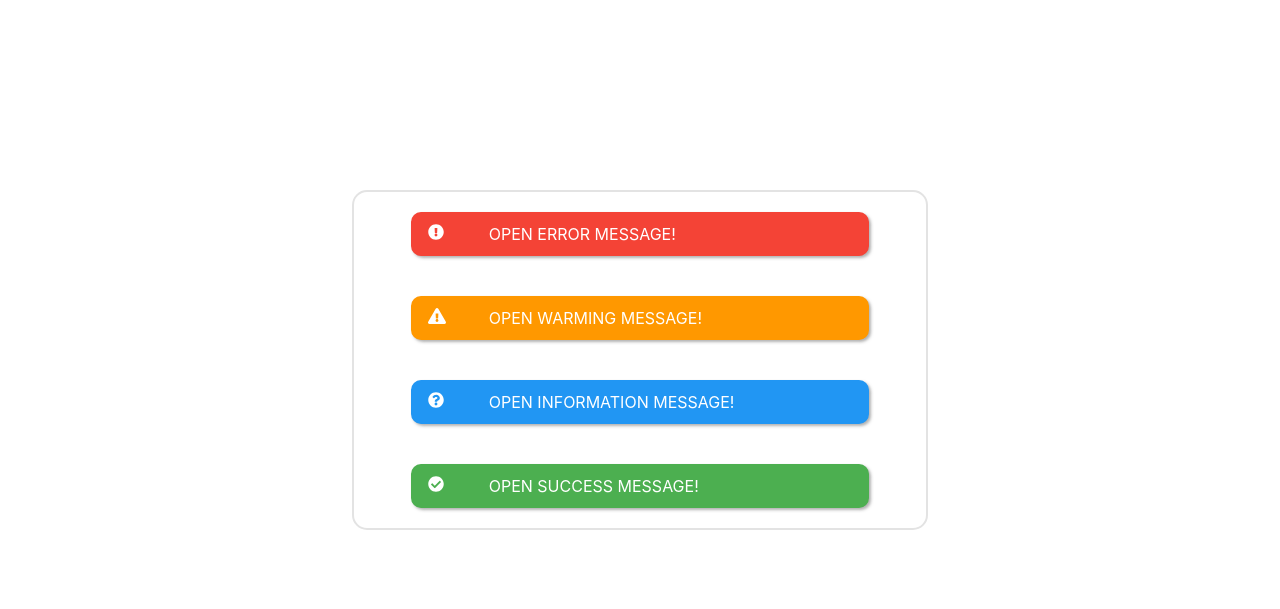
Repository: KrzysKolo/sr_tydzien5_zad2
Page: /
The author's editor kept a copy of each file at every save. The page is drawn from the files as they stood at one save, then again after the next save.
The browser window is 1280 px wide. The pictures show the whole page.
The project was rebuilt for these pictures with package versions that can differ from the ones it lists, and the page was loaded fresh each time.

Above is the page before, as saved 2020-12-27 18:43:49.

### public/index.html
<!DOCTYPE html>
<html lang="en">
  <head>
    <meta charset="utf-8" />
    <link rel="icon" href="%PUBLIC_URL%/favicon.ico" />
    <meta name="viewport" content="width=device-width, initial-scale=1" />
    <meta name="theme-color" content="#000000" />
    <meta
      name="description"
      content="Web site created using create-react-app"
    />
    <link rel="apple-touch-icon" href="%PUBLIC_URL%/logo192.png" />
    <!--
      manifest.json provides metadata used when your web app is installed on a
      user's mobile device or desktop. See https://developers.google.com/web/fundamentals/web-app-manifest/
    -->
    <link rel="manifest" href="%PUBLIC_URL%/manifest.json" />
    <!--
      Notice the use of %PUBLIC_URL% in the tags above.
      It will be replaced with the URL of the `public` folder during the build.
      Only files inside the `public` folder can be referenced from the HTML.

      Unlike "/favicon.ico" or "favicon.ico", "%PUBLIC_URL%/favicon.ico" will
      work correctly both with client-side routing and a non-root public URL.
      Learn how to configure a non-root public URL by running `npm run build`.
    -->
    <title>Zad 2 - snackbar</title>
  </head>
  <body>
    <noscript>You need to enable JavaScript to run this app.</noscript>
    <div id="root"></div>
    <!--
      This HTML file is a template.
      If you open it directly in the browser, you will see an empty page.

      You can add webfonts, meta tags, or analytics to this file.
      The build step will place the bundled scripts into the <body> tag.

      To begin the development, run `npm start` or `yarn start`.
      To create a production bundle, use `npm run build` or `yarn build`.
    -->
  </body>
</html>

### src/App.js
import React from 'react';
import Buttons from './components/Buttons';
import './App.css';
const App = () => {
  return (
    <div className="wrapper--btn">
      <Buttons />
    </div>
  )
}

export default App;

### src/components/Buttons.js
import React from 'react';
import ButtonsData from './../data/ButtonsData';
import Button from './Button';

const Buttons = () => {
    return (
        <>
            {ButtonsData.map(button =>
                <Button key={button.id} data={button} />
            )}
        </>
    )
}

export default Buttons;

### src/App.css
* {
  box-sizing: border-box;
  margin: 0;
  position: relative;
}
body {
  width: 100vw;
  height: 100vh;
  display: flex;
  flex-direction: row;
  justify-content: center;
  align-items: center;
}
.wrapper--btn {
  border: 2px solid #e3e3e3;
  border-radius: 15px;
  width: 45vw;
  display: flex;
  flex-direction: column;
  justify-content: center;
  align-items: center;
}
.btn {
  border-radius: 10px;
  color: rgb(240, 239, 244);
  cursor: pointer;
  outline: none;
  padding: 10px 15px;
  margin: 20px;
  width: 80%;
  display: grid;
  grid-template-columns: 0.5fr 3fr;
  box-shadow: 2px 2px 3px rgba(102, 102, 102, 0.5);
  transition: all 0.3s ease-in-out;
}

### src/data/ButtonsData.js
const ButtonsData = [
    {
      id: 0,
      name: "OPEN ERROR MESSAGE!",
      event: "handleClickError",
      color: "rgb(244, 67, 54)",
      icon: "faExclamationCircle",
      info: "This is an error message!",
    },
    {
      id: 1,
      name: "OPEN WARMING MESSAGE!",
      event: "handleClickWarming",
      color: "rgb(255, 152, 0)",
      icon: "faExclamationTriangle",
      info: "This is a warning message!",
    },
    {
      id: 2,
      name: "OPEN INFORMATION MESSAGE!",
      event: "handleClickInformation",
      color: "rgb(33, 150, 243)",
      icon: "faQuestionCircle",
      info: "This is an information message!",
    },
    {
      id: 3,
      name: "OPEN SUCCESS MESSAGE!",
      event: "handleClickSuccess",
      color: "rgb(76, 175, 80)",
      icon: "faCheckCircle",
      info: "This is a success message!",
    },

  ]
 export default ButtonsData;

### src/components/Button.js
import React, { useState } from 'react';
import Icons from './Icons';
import Snackbar from './Snackbar';

const Button = ({data } ) => {

    const [isHover, setIsHover] = useState(false);
    const OutStyle = {
        border: `2px solid ${data.color}`,
        background: data.color,
        color: "#fff",
      };

      const OverStyle = {
        border: `2px solid ${data.color}`,
        backgroundColor: "#fff",
        color: data.color,

      };
      const event = data.event;
      const switchFunction = (event) => {
        switch (event) {
                case 'handleClickError': handleClickError(); break;
                case 'handleClickWarming': handleClickWarming(); break;
                case 'handleClickInformation': handleClickInformation(); break;
                case 'handleClickSuccess': handleClickSuccess(); break;
                default: return null;
                }
    }
    const [isShownSnackbar, setIsShownSnackbar] = useState(false);
    const handleClickError = () => {
        console.log(data.info);
        setIsShownSnackbar(true);
        <Snackbar info={data.info} />
    };
    const handleClickWarming = () => {
        console.log(data.info);
    };
    const handleClickInformation = () => {
        console.log(data.info);
    };
    const handleClickSuccess = () => {
        console.log(data.info);
    };


    return (
        <div className="btn"
        onClick={() => switchFunction(event)}
        style={isHover ? OverStyle : OutStyle}
        onMouseOver={() => setIsHover(true)}
        onMouseOut={() => setIsHover(false)}>
            <Icons icon={data.icon}/>
             {data.name}
        </div>
    )
}

export default Button;

### src/components/Icons.js
import React from 'react';
import { FontAwesomeIcon } from '@fortawesome/react-fontawesome';
import { faCheckCircle, faQuestionCircle, faExclamationTriangle, faExclamationCircle } from '@fortawesome/free-solid-svg-icons';

const Icons = ({icon}) => {

        switch (icon) {
            case 'faExclamationCircle': return <FontAwesomeIcon icon={faExclamationCircle} />;
            case 'faExclamationTriangle': return <FontAwesomeIcon icon={faExclamationTriangle} />;
            case 'faQuestionCircle': return <FontAwesomeIcon icon={faQuestionCircle} />;
            case 'faCheckCircle': return <FontAwesomeIcon icon={faCheckCircle} />;
            default: return null;
            }



}

export default Icons;

### src/components/Snackbar.js
import React from 'react';

const Snackbar = ({info}) => {
    return (
        <div>
           Snackbar: {info}
        </div>
    )
}

export default Snackbar

Loaded but not shown: src/index.js (common file); src/index.css (common file)

After the next save:
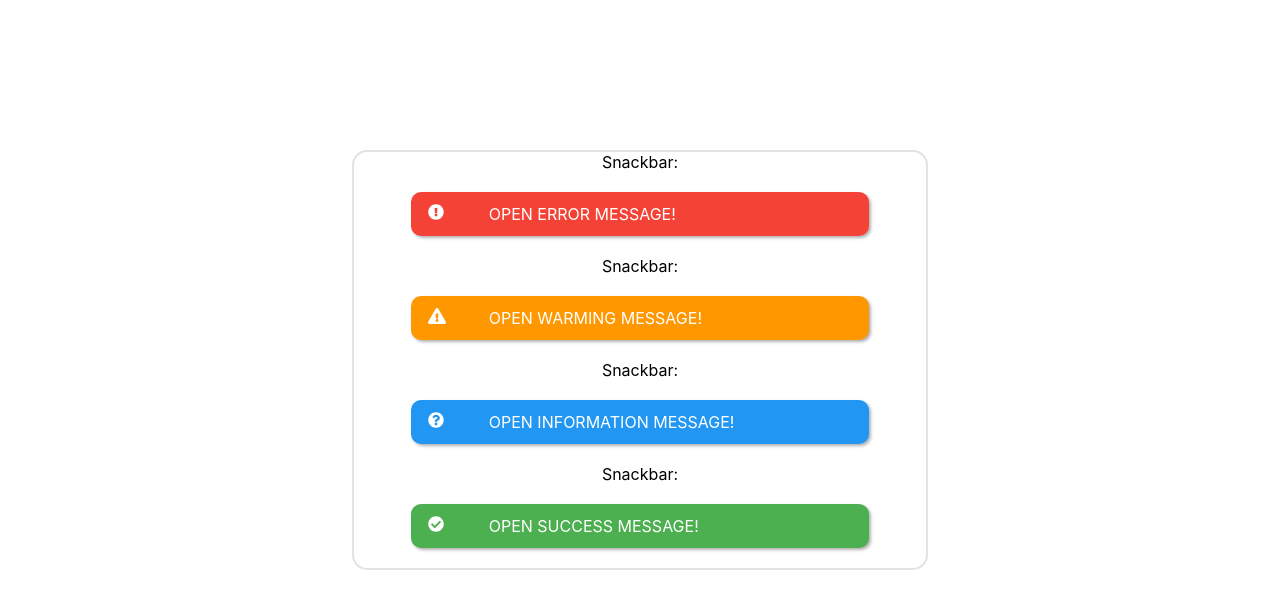
Saved 3 min 6 s later.
--- a/src/components/Button.js
+++ b/src/components/Button.js
@@ -31,7 +31,7 @@ const Button = ({data } ) => {
     const handleClickError = () => {
         console.log(data.info);
         setIsShownSnackbar(true);
-        <Snackbar info={data.info} />
+
     };
     const handleClickWarming = () => {
         console.log(data.info);
@@ -45,6 +45,13 @@ const Button = ({data } ) => {
 
 
     return (
+        <>
+            <Snackbar
+              isShown={isShownSnackbar}
+              setIsShown={setIsShownSnackbar}
+      >
+        {data.info}
+      </Snackbar>
         <div className="btn"
         onClick={() => switchFunction(event)}
         style={isHover ? OverStyle : OutStyle}
@@ -53,6 +60,7 @@ const Button = ({data } ) => {
             <Icons icon={data.icon}/>
              {data.name}
         </div>
+        </>
     )
 }
 
